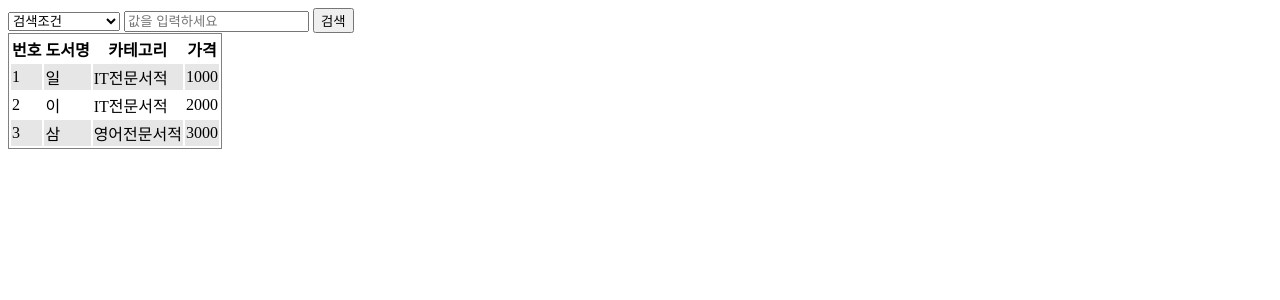
Repository: phoresis92/KITRI_JSP
Page: http://localhost/eljstl2/product.do
An editor plug-in stored every save of this project. The page is shown before and after the next save, followed by the edit.
The browser window is 1280 px wide. The pictures show the whole page.
The page is served by Tomcat 9.

Above is the page before, as saved 2018-12-20 08:21:45.

After the next save:
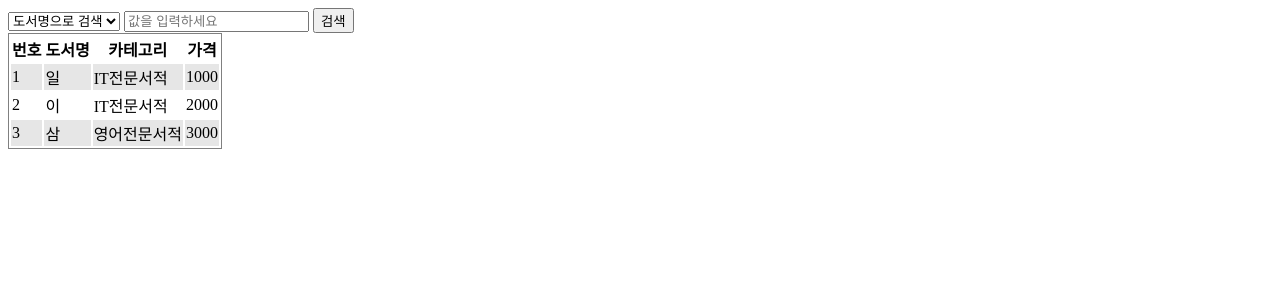
Saved 105 s later.
--- a/JSP_workspace/eljstl2/WebContent/productlistresult.jsp
+++ b/JSP_workspace/eljstl2/WebContent/productlistresult.jsp
@@ -75,9 +75,9 @@
 	<div>
 		<form>
 		<select name="selectItem">
-			<option selected="selected">검색조건</option>
+			<option >검색조건</option>
 			<option value="no">번호로 검색</option>
-			<option value="name">도서명으로 검색</option>
+			<option value="name" selected="selected">도서명으로 검색</option>
 		</select>
 		<input type="search" placeholder="값을 입력하세요" name="selectValue"/>
 		<button>검색</button>
